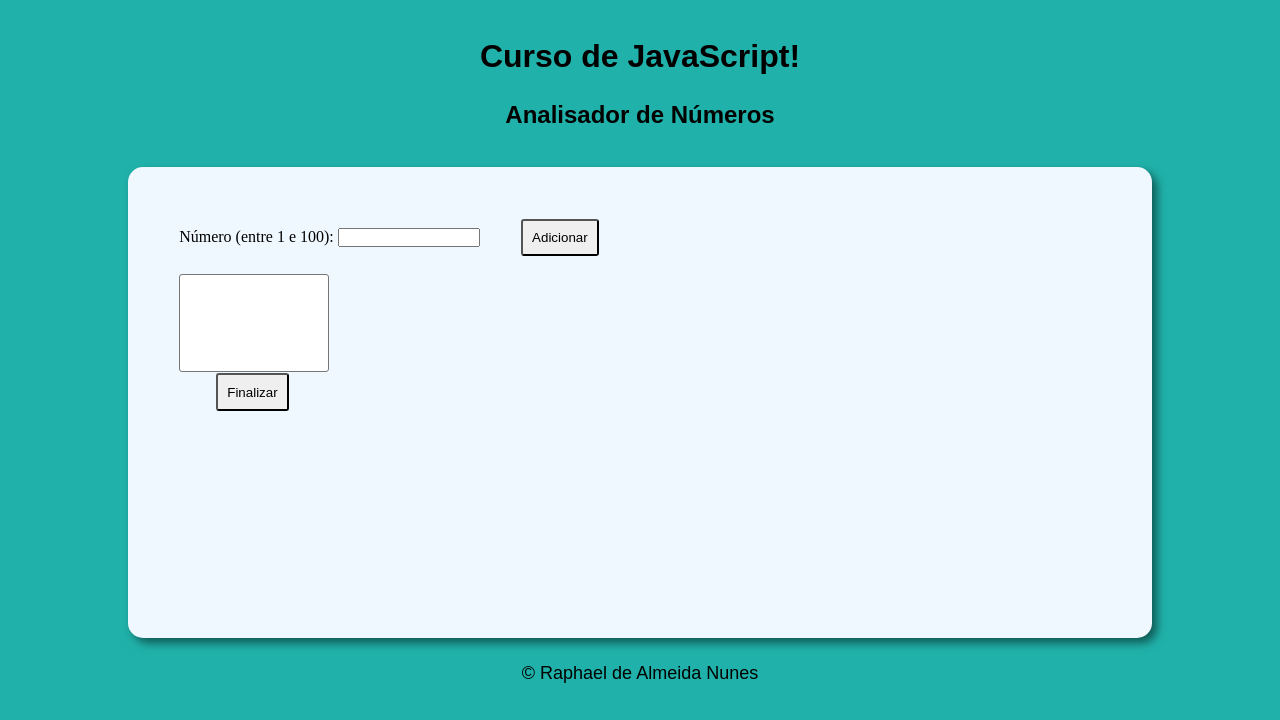
Repository: raphaanunes/codigos
Page: Cursos JavaScript/exercício/analisador de números/analisador.html
The author's editor kept a copy of each file at every save. The page is drawn from the files as they stood at one save, then again after the next save.
The browser window is 1280 px wide. The pictures show the whole page.

Above is the page before, as saved 2024-08-11 14:22:40.

### Cursos JavaScript/exercício/analisador de números/analisador.html
<!DOCTYPE html>
<html lang="pt-BR">

<head>
    <meta charset="UTF-8">
    <meta name="viewport" content="width=device-width, initial-scale=1.0">
    <title> Analisador de Números </title>

    <link rel="stylesheet" href="analisador.css">


</head>

<body>
    <h1> Curso de JavaScript!</h1>
    <h2> Analisador de Números </h2>

    <section> <!-- aqui comeca a section -->


        <div>

            Número (entre 1 e 100):
            <input type="number" name="fnum" id="fnum">
            <input type="button" id="botao" value="Adicionar" onclick="adicionar()">
            <br><select name="flista" id="flista" size="6"></select>
            <br><input type="button" id="botao" value="Finalizar">

        </div>
        <div id="res">

        </div>
    </section><!-- aqui termina o section -->

    <footer>
        <p> &copy; Raphael de Almeida Nunes </p>
    </footer>
    <script src="analisador.js"></script>
</body>

</html>

### Cursos JavaScript/exercício/analisador de números/analisador.css
@charset "UTF-8";
/* geral */
* {
    padding: 0;
    margin: 0;
}
body {
    background-color: lightseagreen;
    color: black;
}

/* seção  */
section{

    background-color: aliceblue;
    width: 80%;
    height: 10%;
    margin-left: auto;
    margin-right: auto;
    margin-top: 3%;
    border-radius: 15px;
    padding: 0% 0% 5% 0%;
    box-shadow: 5px 5px 10px rgba(0, 0, 0, 0.5);

}
h1 {
    font-family: sans-serif;
    font-size: xx-large;
    text-align: center;
    margin-top: 3%;
    color: black;
}

h2 {
    font-family: sans-serif;
    font-size: x-large;
    text-align: center;
    margin: 2%;
    color: black;
}

p{
    font-family: sans-serif;
    font-size: large;
}

    /* input */

    input{width: 15%;}
    input {margin-bottom: 1%;}

    /* botao*/

input#botao{
        padding: 1%;
        width:fit-content;
        margin-left: 4%;
        border-radius: 3px;
    }

div{
    padding: 5%;

}

/* rodape */

footer{
    font-family: 'Franklin Gothic Medium', 'Arial Narrow', Arial, sans-serif;
    text-align: center;
    padding: 1%;
    color: black;

    width: 25%;
    margin-left: auto;
    margin-right:auto ;
    margin-top: 1%;
    border-radius: 15px;
}

select#flista{
    width: 150px;
    margin-left: auto;
    margin-right:auto ;
    margin-top: 1%;
    border-radius: 3px;
}

### Cursos JavaScript/exercício/analisador de números/analisador.js
let num = document.querySelector('input#fnum');
let lista = document.querySelector('select#flista');
let res = document.querySelector('div#res');
let valores = []


function isNumero(n){
    if(Number(n) >= 1 && Number(n) <= 100){
        return true
    } else {
        return false
    }
}

function inLista(n, l){
    if (l.indexOf(Number(n)) != -1){
        return true
    } else {
        return false
    }
}


function adicionar(){
    if(isNumero(num.value) && !inLista(num.value, valores)) {
    } else {
        window.alert('Valor inválido ou já encontrado na lista')
    }
}

After the next save:
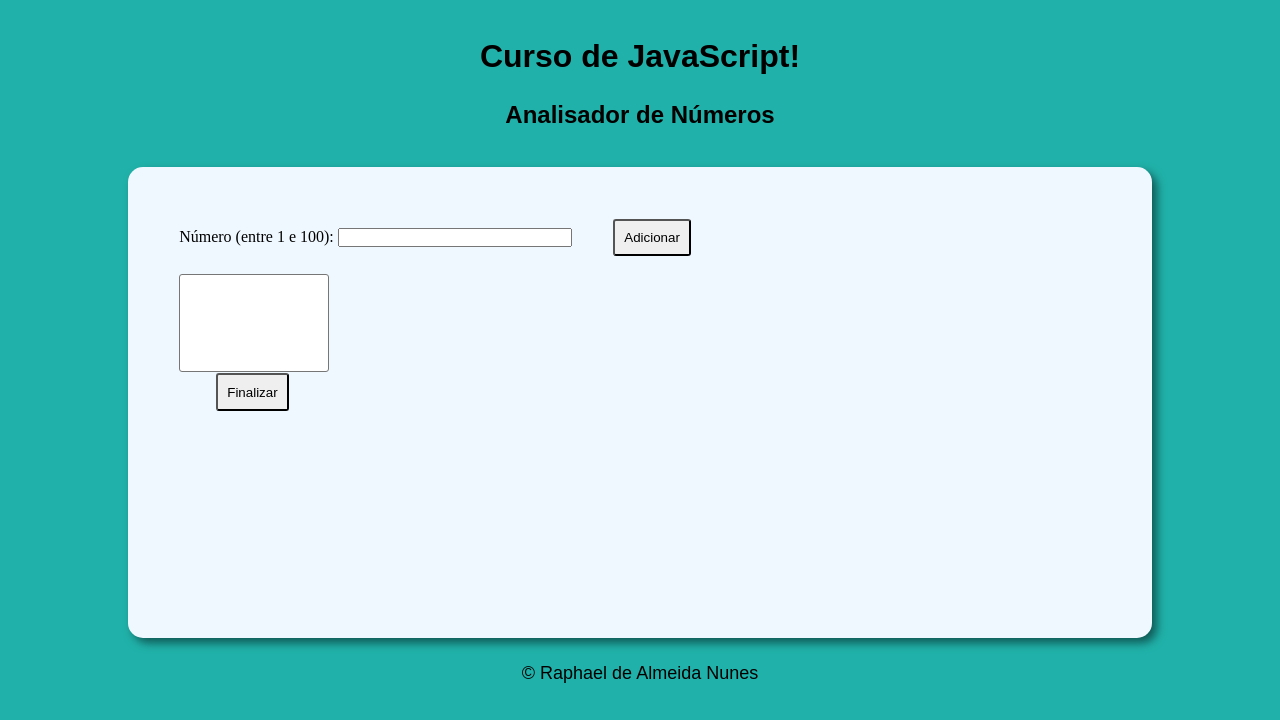
Saved 8 s later.
--- a/Cursos JavaScript/exercício/analisador de números/analisador.css
+++ b/Cursos JavaScript/exercício/analisador de números/analisador.css
@@ -46,7 +46,7 @@ p{
 
     /* input */
 
-    input{width: 15%;}
+    input{width: 25%;}
     input {margin-bottom: 1%;}
 
     /* botao*/
